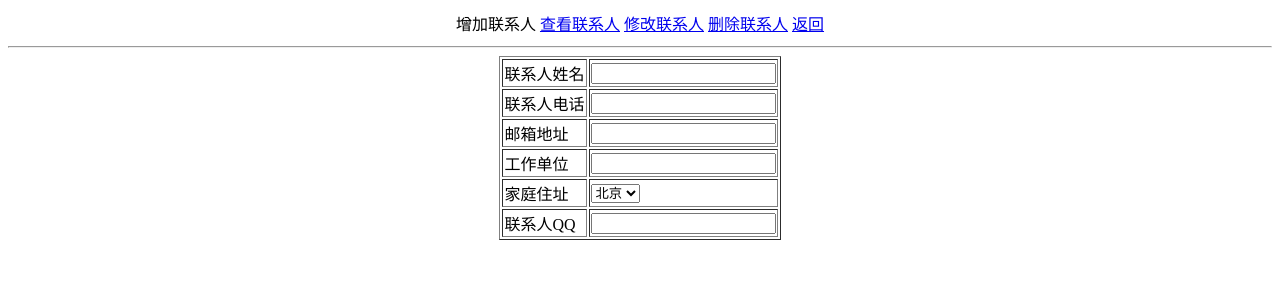
Repository: zy840055899/old-workspace
Page: http://localhost/PIMS/friendManager/addFriend.jsp
These files come from the project's save history. The page is drawn as it stood at one moment and after the next save; the edit follows.
The browser window is 1280 px wide. The pictures show the whole page.
The page is served by Tomcat 9.

Above is the page before, as saved 2014-03-13 11:57:12.

After the next save:
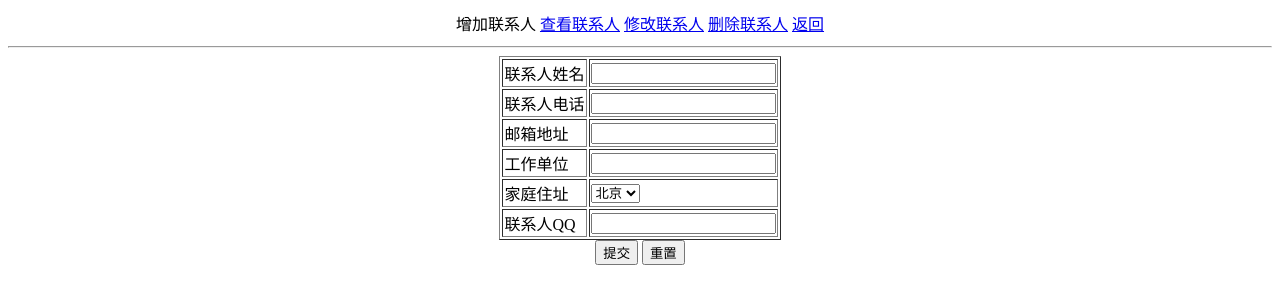
Saved 78 s later.
--- a/PIMS/WebContent/friendManager/addFriend.jsp
+++ b/PIMS/WebContent/friendManager/addFriend.jsp
@@ -66,8 +66,8 @@
 
 </table>
 
-
-
+<input type="submit" value="提交">
+<input type="reset" value="重置">
 
 
 
